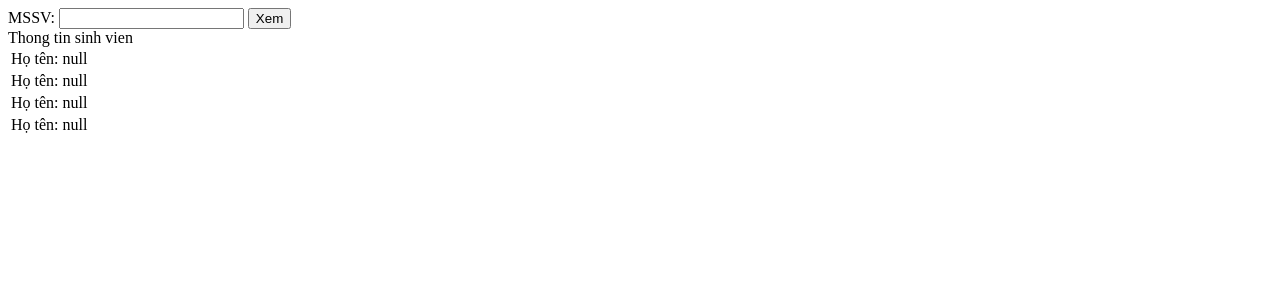
Repository: datntlocalhost/StudenManagerMVC
Page: http://localhost/StudentManagerMVC/studenInfo.jsp
An editor plug-in stored every save of this project. The page is shown before and after the next save, followed by the edit.
The browser window is 1280 px wide. The pictures show the whole page.
The page is served by Tomcat 9. The template is opened directly, without the code that normally fills it, so the values that code supplies are empty.

Above is the page before, as saved 2018-07-19 08:59:36.

After the next save:
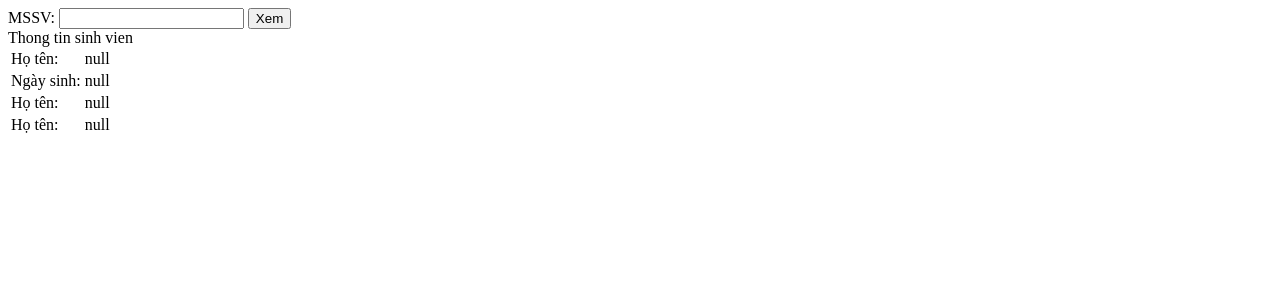
Saved 6 s later.
--- a/StudentManagerMVC/WebContent/studenInfo.jsp
+++ b/StudentManagerMVC/WebContent/studenInfo.jsp
@@ -22,7 +22,7 @@
       <td><%=request.getAttribute("Name")%></td>
     </tr>
     <tr>
-      <td>Họ tên: </td>
+      <td>Ngày sinh: </td>
       <td><%=request.getAttribute("Name")%></td>
     </tr>
     <tr>
